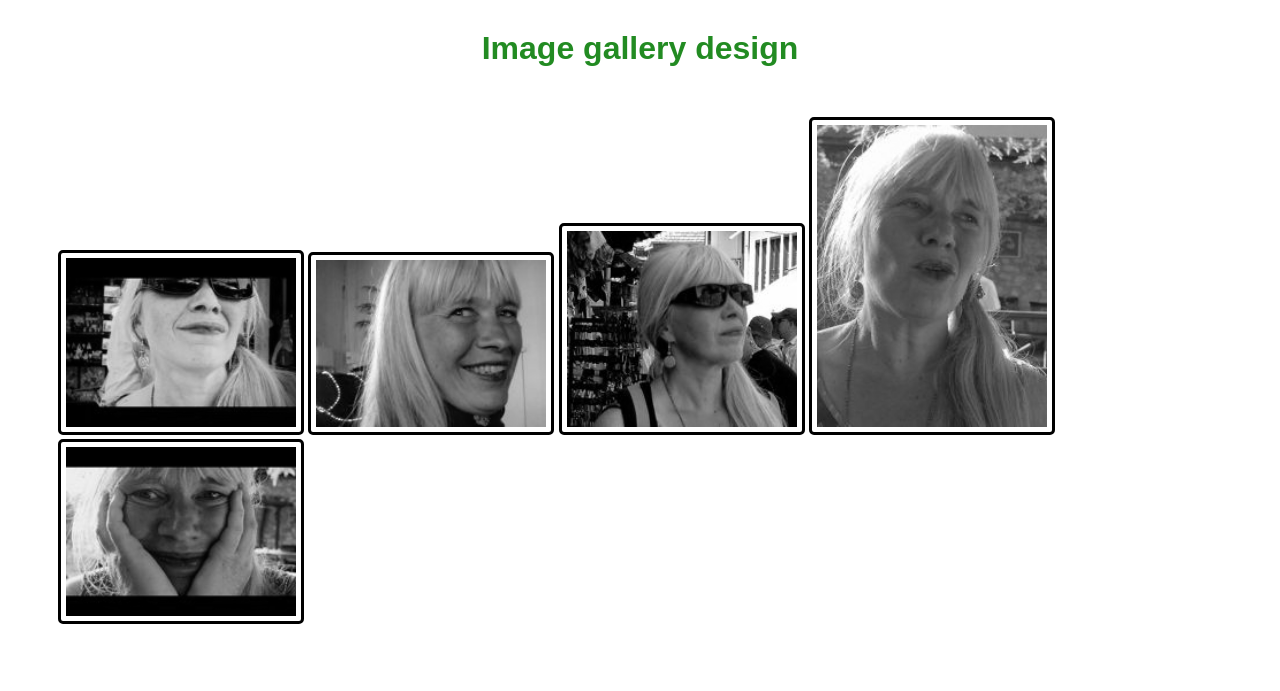
Repository: hindrik40/bildspel-lightbox
Page: index.html
An editor plug-in stored every save of this project. The page is shown before and after the next save, followed by the edit.
The browser window is 1280 px wide. The pictures show the whole page.

Above is the page before, as saved 2021-08-08 16:57:00.

After the next save:
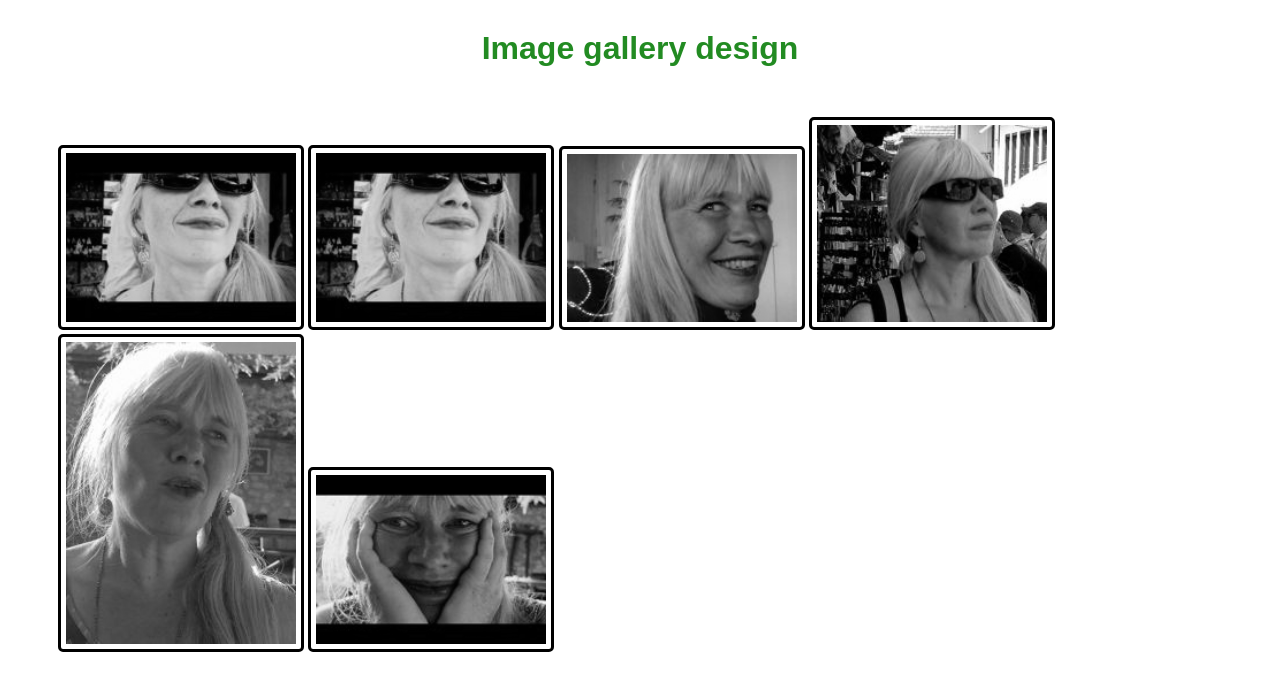
Saved 22 s later.
--- a/index.html
+++ b/index.html
@@ -11,6 +11,8 @@
     <h1>Image gallery design</h1>
     <div class="gallery">
         <a href="images/b7.jpg"></a><img src="images/b7t.jpg">
+        <a href="images/b7.jpg"></a><img src="images/b7t.jpg">
+
         <img src="images/b5t.jpg">
         <img src="images/b6t.jpg">
         <img src="images/b9t.jpg">
